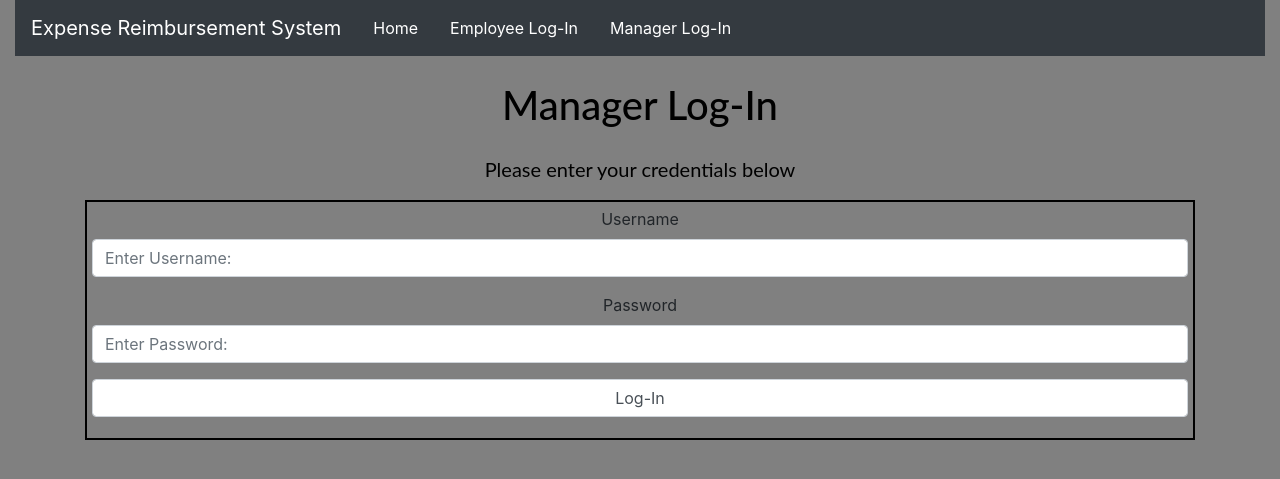
Repository: Trevormulrenin/ers-app
Page: ers-app/src/main/webapp/html/manager_login.html
The author's editor kept a copy of each file at every save. The page is drawn from the files as they stood at one save, then again after the next save.
The browser window is 1280 px wide. The pictures show the whole page.

Above is the page before, as saved 2021-04-01 17:21:07.

After the next save:
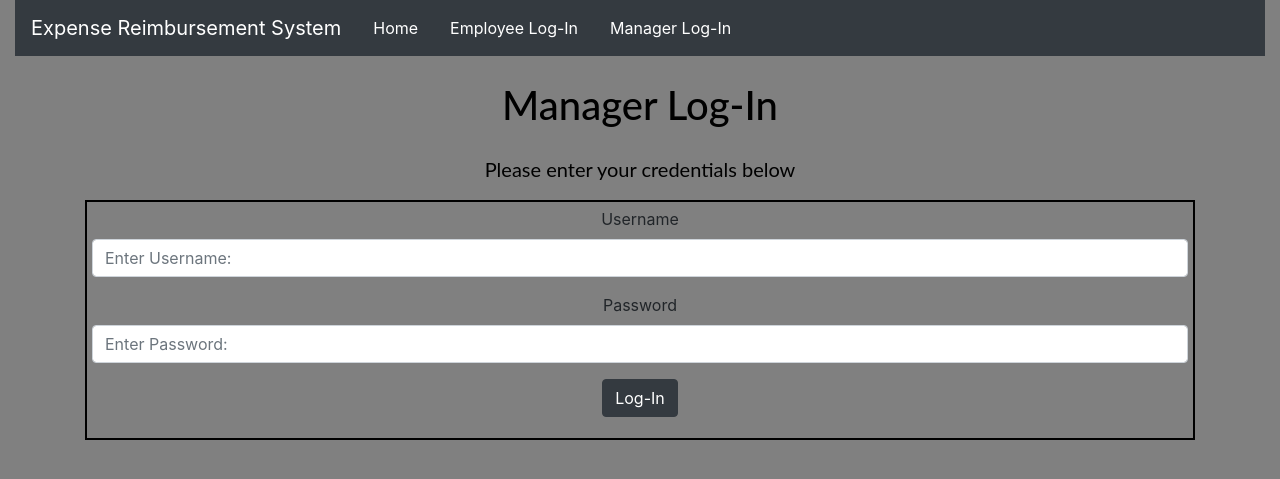
Saved 14 s later.
--- a/ers-app/src/main/webapp/html/manager_login.html
+++ b/ers-app/src/main/webapp/html/manager_login.html
@@ -60,7 +60,7 @@
 				<input type="password" class="form-control" id="managerPassword" name="managerPassword" placeholder="Enter Password:" required>
 			</div>
 			<div class="form-group">
-				<button type="submit" class="form-control" id="log-in-button">Log-In</button>
+				<button type="submit" class="btn btn-dark" id="log-in-button">Log-In</button>
 			</div>
 			</form>
 		</div>
